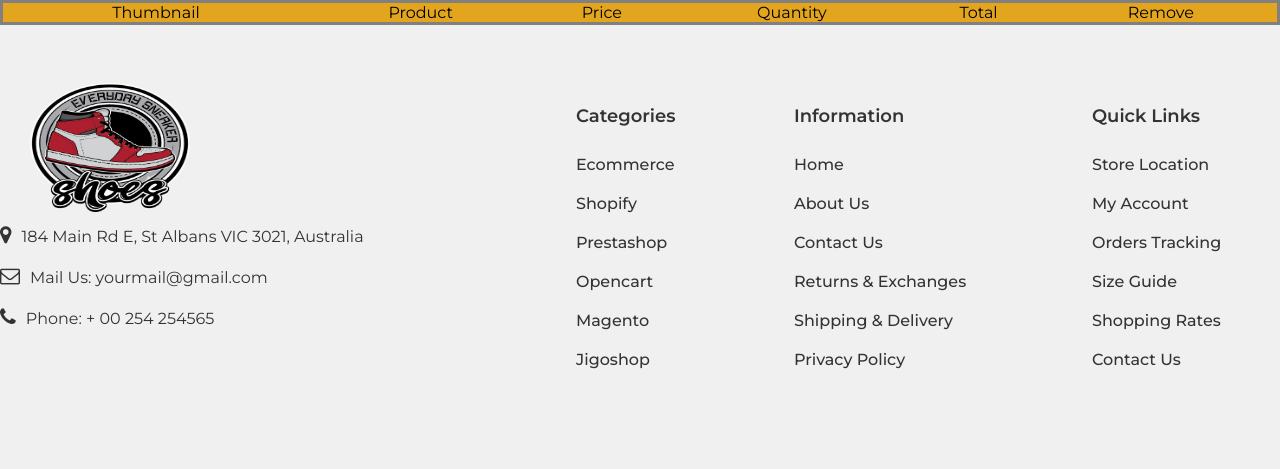
Repository: Toan3333/TranAnhToan
Page: pages/cart.html
These files come from the project's save history. The page is drawn as it stood at one moment and after the next save; the edit follows.
The browser window is 1280 px wide. The pictures show the part of the page from y = 328 to 823 px (the page is 797 px tall before and 823 px after).

Above is the page before, as saved 2023-02-18 21:58:06.

After the next save:
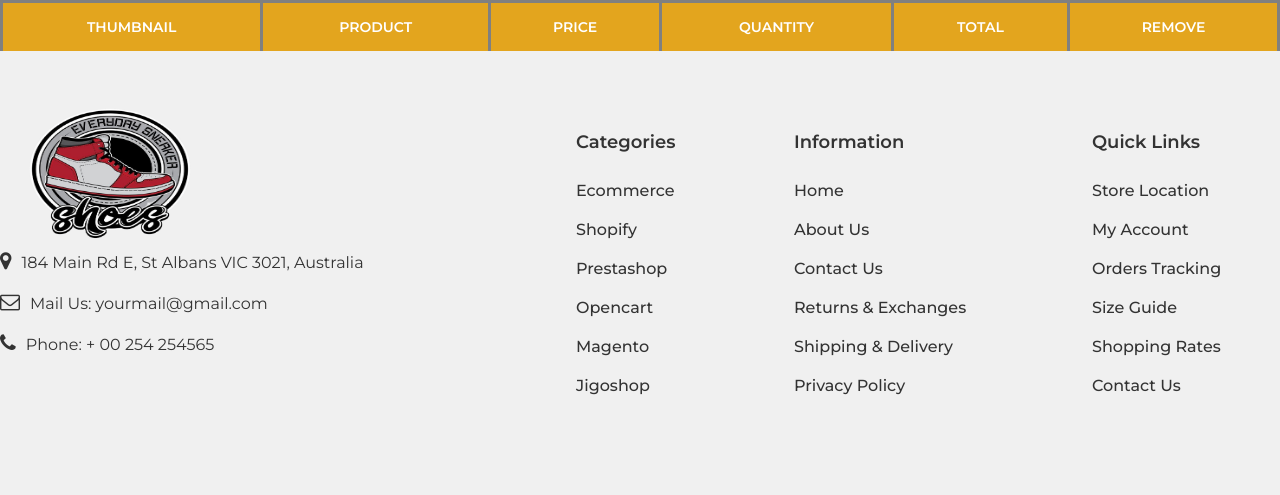
Saved 82 s later.
--- a/css/style.css
+++ b/css/style.css
@@ -26,7 +26,15 @@
   border-collapse: collapse;
   caption-side: bottom;
 }
-table tr {
+table tr th {
+  border-color: #e3a51e;
+  border-bottom: 0 solid transparent;
+  color: #fff;
+  font-size: 14px;
+  font-weight: 600;
+  padding: 15px 20px;
+  text-align: center;
+  text-transform: uppercase;
   border-color: inherit;
   border-style: solid;
 }
@@ -1346,6 +1354,8 @@
 .contact-time > p {
   color: #666666;
 }
+.pro-thumnail {
+}
 
 /* FOOTER */
 .footer {
